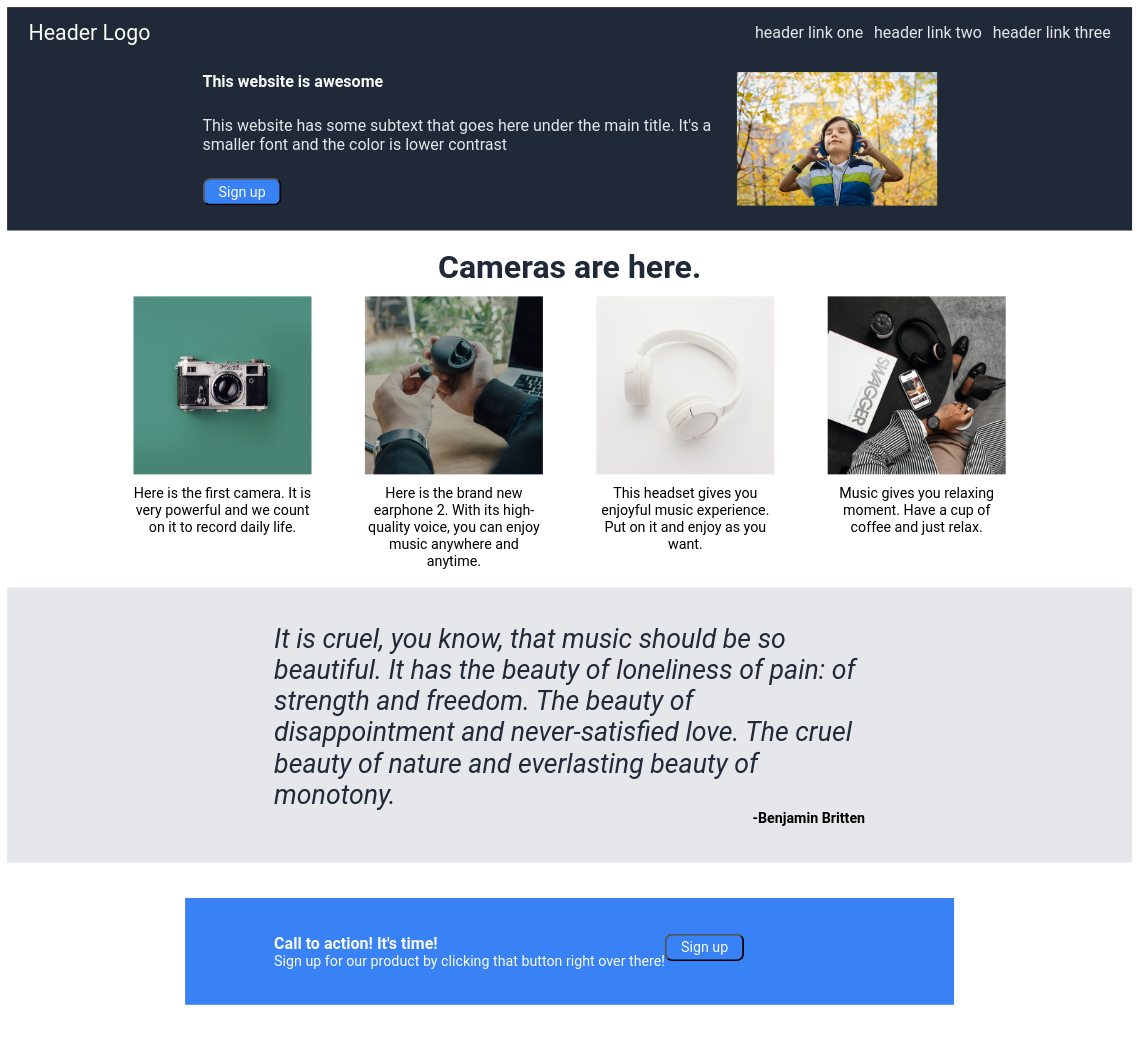
Repository: z1youRA/FirstWebsite
Page: index.html
The author's editor kept a copy of each file at every save. The page is drawn from the files as they stood at one save, then again after the next save.
The browser window is 1280 px wide. The pictures show the whole page, at 89% of full size.

Above is the page before, as saved 2021-11-25 19:09:12.

After the next save:
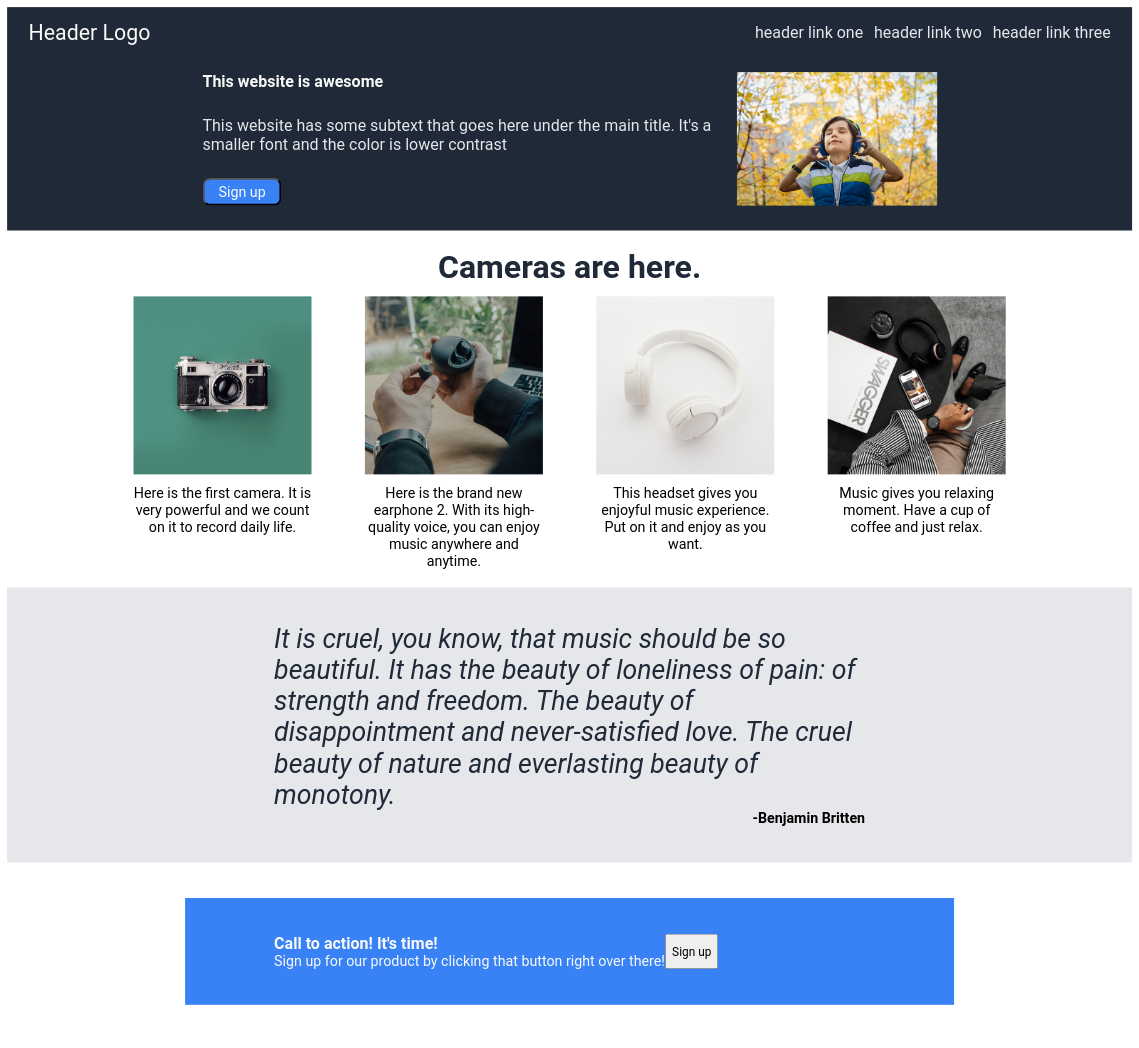
Saved 9 s later.
--- a/styles.css
+++ b/styles.css
@@ -23,7 +23,7 @@
     justify-content: center;
 }
 
-button {
+.hero button {
     background-color: #3882f6;
     color: #F9FAF8;
     border-radius: 8px;

After the save that followed:
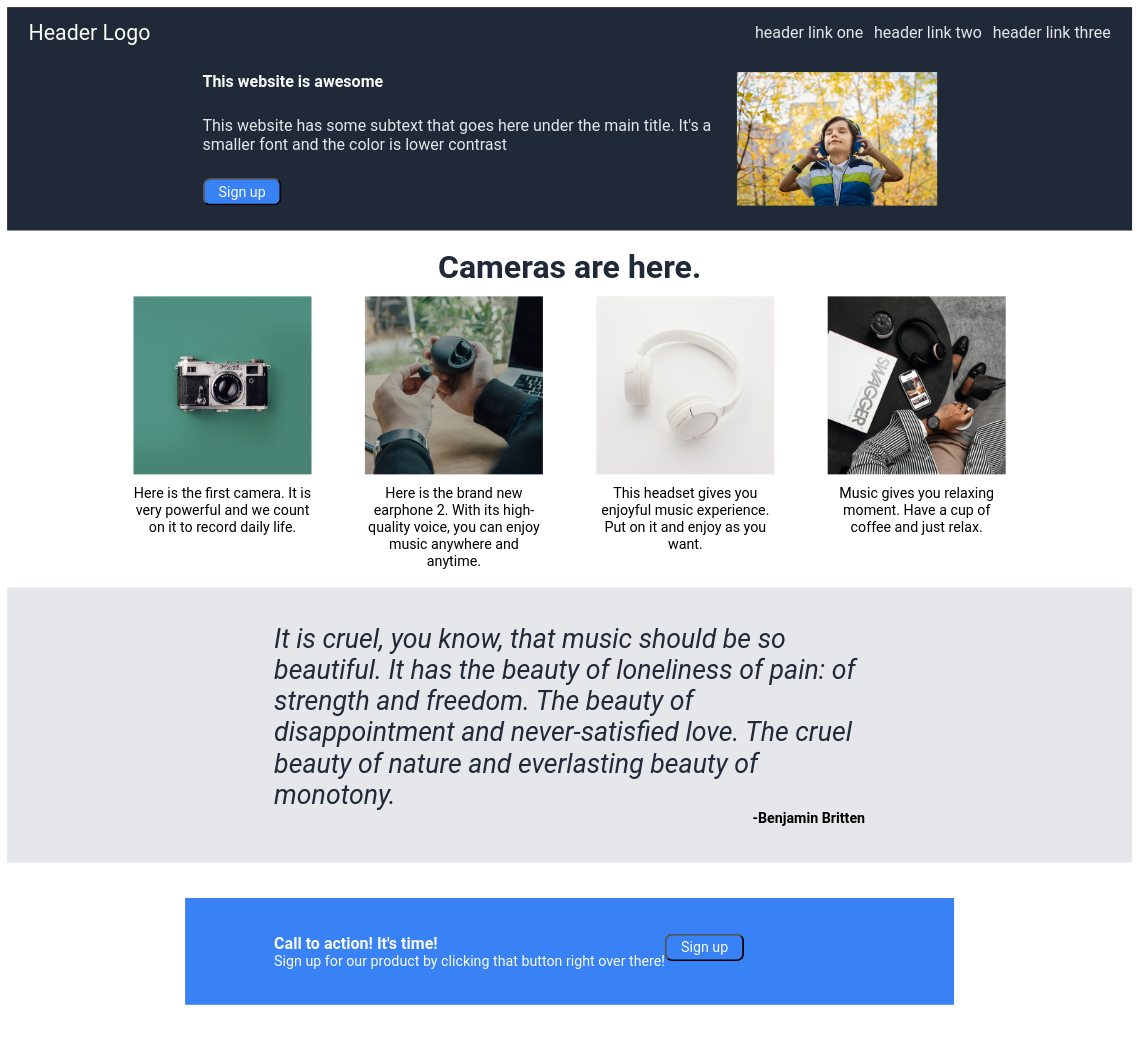
Saved 6 s later.
--- a/styles.css
+++ b/styles.css
@@ -23,7 +23,7 @@
     justify-content: center;
 }
 
-.hero button {
+button {
     background-color: #3882f6;
     color: #F9FAF8;
     border-radius: 8px;
